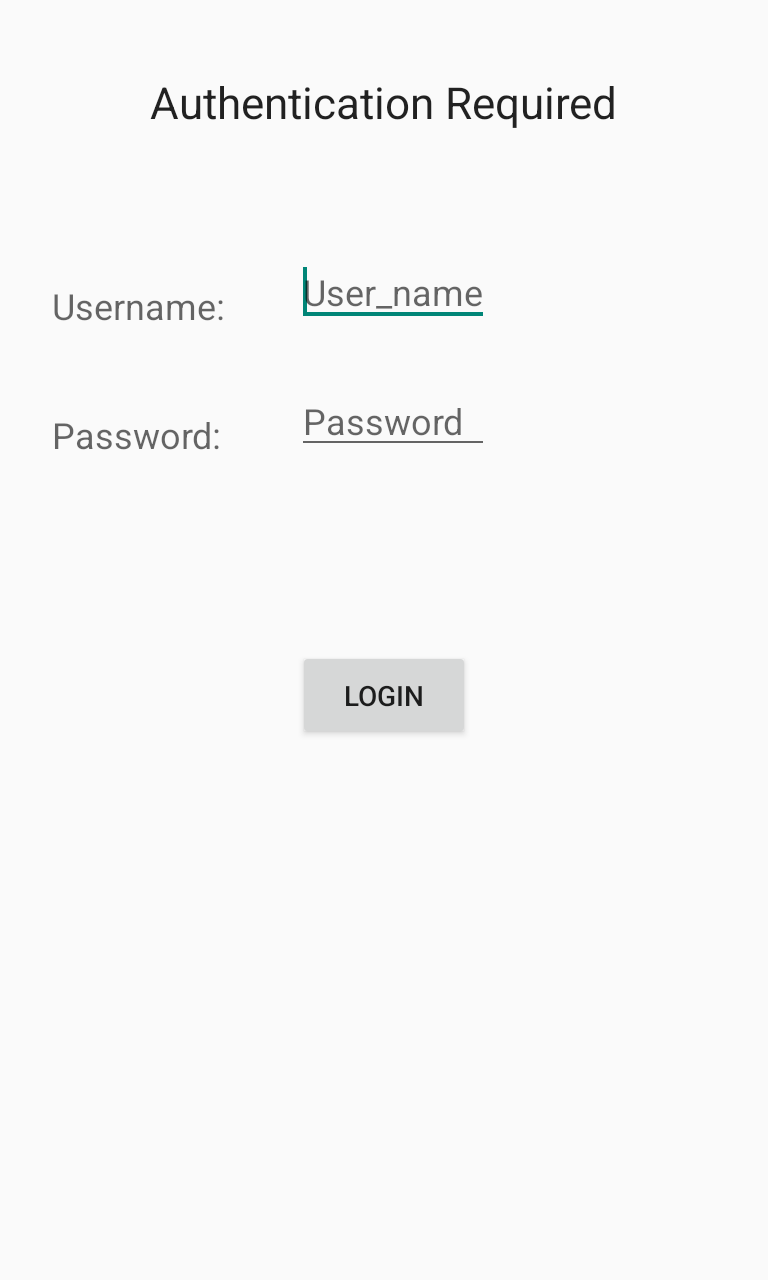
Repository: BurtWurst/MyFields_Mobile
Layout: Android/Login/res/layout/activity_main.xml
An editor plug-in stored every save of this project. The layout is shown before and after the next save, followed by the edit.
It is drawn on a 768 x 1280 px phone screen (xhdpi) without system bars, with theme AppTheme; the app's code is not run.

Above is the layout before, as saved 2014-12-06 16:14:58.

### Android/Login/res/layout/activity_main.xml
<RelativeLayout xmlns:android="http://schemas.android.com/apk/res/android"
    xmlns:tools="http://schemas.android.com/tools"
    android:layout_width="match_parent"
    android:layout_height="match_parent"
    android:paddingBottom="@dimen/activity_vertical_margin"
    android:paddingLeft="@dimen/activity_horizontal_margin"
    android:paddingRight="@dimen/activity_horizontal_margin"
    android:paddingTop="@dimen/activity_vertical_margin"
    tools:context="com.javacodegeeks.android.loginapp.MainActivity" >

     <TextView
	      android:id="@+id/textView1"
	      android:layout_width="wrap_content"
	      android:layout_height="wrap_content"
	      android:layout_alignParentTop="true"
	      android:layout_centerHorizontal="true"
	      android:layout_marginTop="20dp"
	      android:text="Authentication Required"
	      android:textAppearance="?android:attr/textAppearanceLarge" />

      <TextView
	      android:id="@+id/textView2"
	      android:layout_width="wrap_content"
	      android:layout_height="wrap_content"
	      android:layout_alignParentLeft="true"
	      android:layout_below="@+id/textView1"
	      android:layout_marginTop="75dp"
	      android:layout_marginLeft="10dp"
	      android:text="Username:"
	      android:textAppearance="?android:attr/textAppearanceMedium" />

      <EditText
	      android:id="@+id/usernameET"
	      android:layout_width="wrap_content"
	      android:layout_height="wrap_content"
	      android:layout_alignBottom="@+id/textView2"
	      android:layout_marginLeft="35dp"
	      android:layout_toRightOf="@+id/textView2"
	      android:hint="User_name" >
      	  <requestFocus />
   	  </EditText>

      <TextView
	      android:id="@+id/textView3"
	      android:layout_width="wrap_content"
	      android:layout_height="wrap_content"
	      android:layout_alignLeft="@+id/textView2"
	      android:layout_below="@+id/textView2"
	      android:layout_marginTop="40dp"
	      android:text="Password:"
	      android:textAppearance="?android:attr/textAppearanceMedium" />

      <EditText
          android:id="@+id/passwordET"
          android:layout_width="wrap_content"
          android:layout_height="wrap_content"
          android:layout_alignBottom="@+id/textView3"
          android:layout_alignLeft="@+id/usernameET"
          android:layout_alignRight="@+id/usernameET"
          android:hint="Password"
          android:inputType="textPassword" />

       <TextView
	      android:id="@+id/attemptsLeftTV"
	      android:layout_width="wrap_content"
	      android:layout_height="wrap_content"
	      android:layout_alignLeft="@+id/textView3"
	      android:layout_below="@+id/textView3"
	      android:layout_marginLeft="30dp"
	      android:layout_marginTop="48dp"
	      android:text="Attempts Left:"
	      android:visibility="invisible"
	      android:textAppearance="?android:attr/textAppearanceMedium" />

       <Button
	      android:id="@+id/loginBtn"
	      android:layout_width="wrap_content"
	      android:layout_height="wrap_content"
	      android:layout_below="@+id/passwordET"
	      android:layout_centerHorizontal="true"
	      android:layout_marginTop="94dp"
	      android:onClick="authenticateLogin"
	      android:text="Login" />

       <TextView
	      android:id="@+id/numberOfRemainingLoginAttemptsTV"
	      android:layout_width="wrap_content"
	      android:layout_height="wrap_content"
	      android:layout_alignRight="@+id/textView1"
	      android:layout_alignTop="@+id/attemptsLeftTV"
	      android:visibility="invisible" />

       <TextView
	      android:id="@+id/loginLockedTV"
	      android:layout_width="wrap_content"
	      android:layout_height="wrap_content"
	      android:layout_below="@+id/loginBtn"
	      android:layout_marginTop="35dp"
	      android:layout_centerHorizontal="true"
	      android:textAppearance="?android:attr/textAppearanceMedium"
	      android:visibility="invisible" />

</RelativeLayout>

Loaded but not shown: Android/Login/res/values/styles.xml (common file); Android/Login/res/values-v11/styles.xml (common file); Android/Login/res/values-v14/styles.xml (common file); Android/Login/res/values/dimens.xml (common file); Android/Login/res/values-w820dp/dimens.xml (common file)

After the next save:
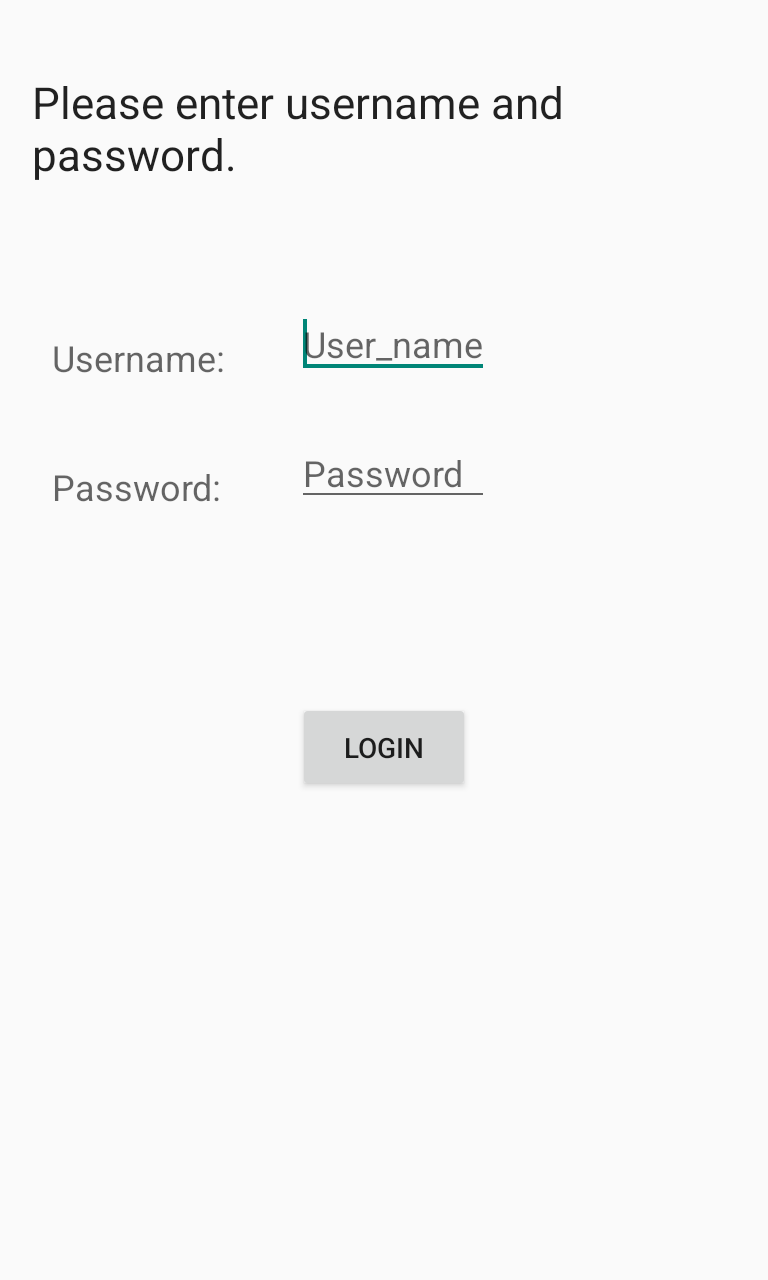
Saved 49 s later.
--- a/Android/Login/res/layout/activity_main.xml
+++ b/Android/Login/res/layout/activity_main.xml
@@ -15,7 +15,7 @@
 	      android:layout_alignParentTop="true"
 	      android:layout_centerHorizontal="true"
 	      android:layout_marginTop="20dp"
-	      android:text="Authentication Required"
+	      android:text="Please enter username and password."
 	      android:textAppearance="?android:attr/textAppearanceLarge" />
 
       <TextView
